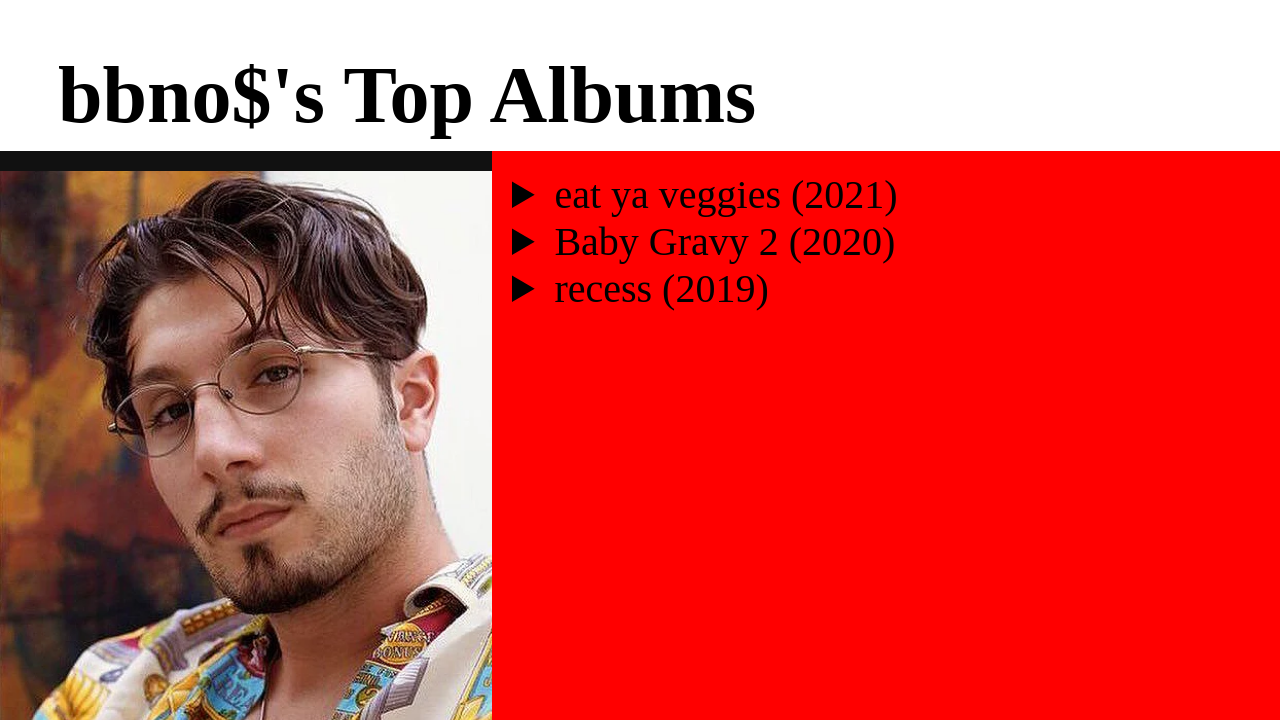
Repository: Jennica1/Lab1
Page: /
An editor plug-in stored every save of this project. The page is shown before and after a run of saves, followed by the edit.
The browser window is 1280 px wide. The pictures show the whole page.
The project was rebuilt for these pictures with package versions that can differ from the ones it lists, and the page was loaded fresh each time. Also part of the build but not shown: vite.config.js.

Above is the page before, as saved 2024-09-09 18:37:39.

### index.html
<!doctype html>
<html lang="en">
  <head>
    <meta charset="UTF-8" />
    <link rel="icon" type="image/svg+xml" href="/vite.svg" />
    <meta name="viewport" content="width=device-width, initial-scale=1.0" />
    <title>Top bbno$ Albums</title>
  </head>
  <body>
    <div id="root"></div>
    <script type="module" src="/src/main.jsx"></script>
  </body>
</html>

### src/App.jsx
import { useState } from 'react'
import reactLogo from './assets/react.svg'
import viteLogo from '/vite.svg'

import './App.css'

function App() {

  return (
    <>

      <body className='main'>
      <header className='header'>
        <h1 className='title'>bbno$'s Top Albums</h1>
      </header>
        <div className='split left'>
          <img src="/images/bbno$_profile.webp" alt='bbno$' />
        </div>
        <div className='split right'>

          <div className='albums'>
          <details>
            <summary>eat ya veggies (2021)</summary>
            <p>edamame (ft. Rich Brian)</p>
            <p>big boss baby</p>
            <p>2 time zones</p>
          </details>

          <details>
            <summary>Baby Gravy 2 (2020)</summary>
            <p>Welcome to Chillis</p>
            <p>Cadbury Creme</p>
            <p>Shining on my ex</p>
          </details>

          <details>
            <summary>recess (2019)</summary>
            <p>nursery</p>
            <p>bunk</p>
            <p>chess</p>
          </details>
          </div>
        </div>
      </body>


    </>
  )
}

export default App

### src/index.css
summary {
    font-size: 40px;
}

### src/App.css
#root {
  max-width: 1280px;
  margin: 0 auto;
  padding: 2rem;
}

.header {
  font-size: 40px;

}

.title {
  margin: 10px;
}

.main{

}

.split {
position: fixed;
height: 100%;
width: 50%;
overflow-x: hidden;
padding-top: 20px;
display: flex;
}

.left {
  left: 0;
  background-color: #111;
}

.right {
  padding-left: 20px;
  width: 60%;
  right: 0;
  background-color: red;
}

Loaded but not shown: src/main.jsx (common file)

After the next 2 saves:
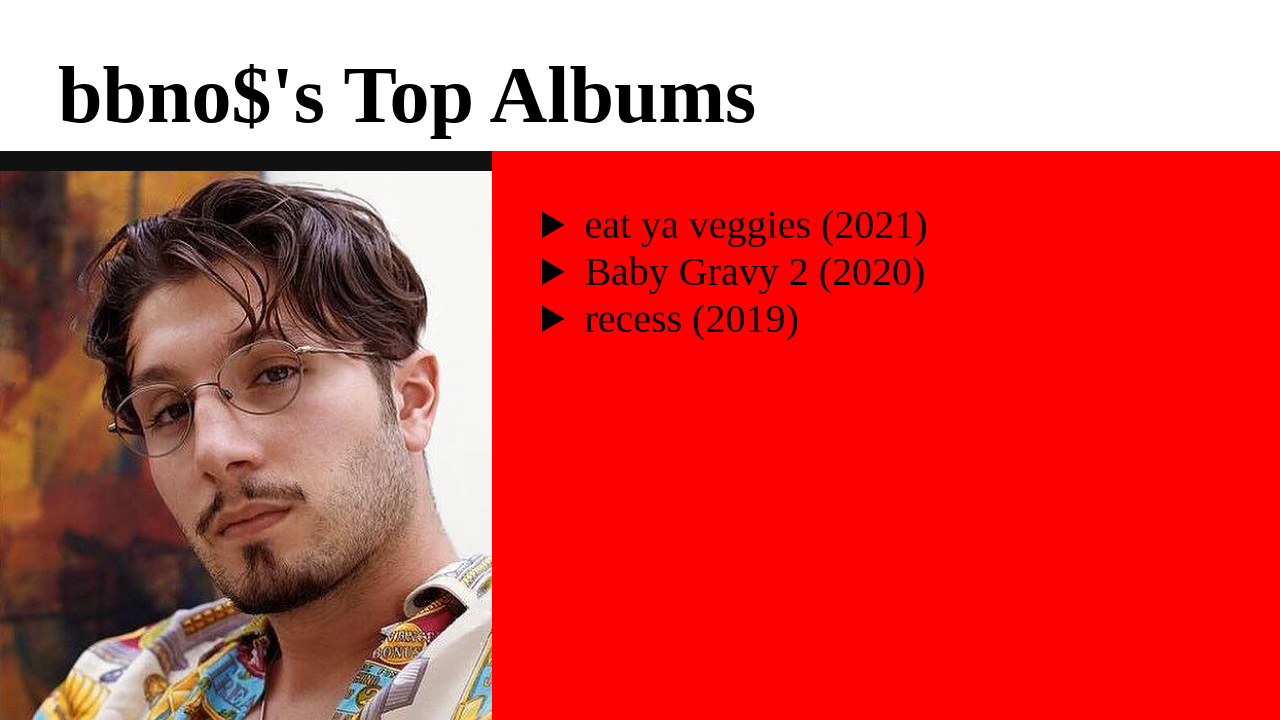
The 2 saves are shown as one change because they came seconds apart.
The last was saved 22 s later.
--- a/src/App.css
+++ b/src/App.css
@@ -13,8 +13,8 @@
   margin: 10px;
 }
 
-.main{
-
+.albums {
+ margin: 30px
 }
 
 .split {
